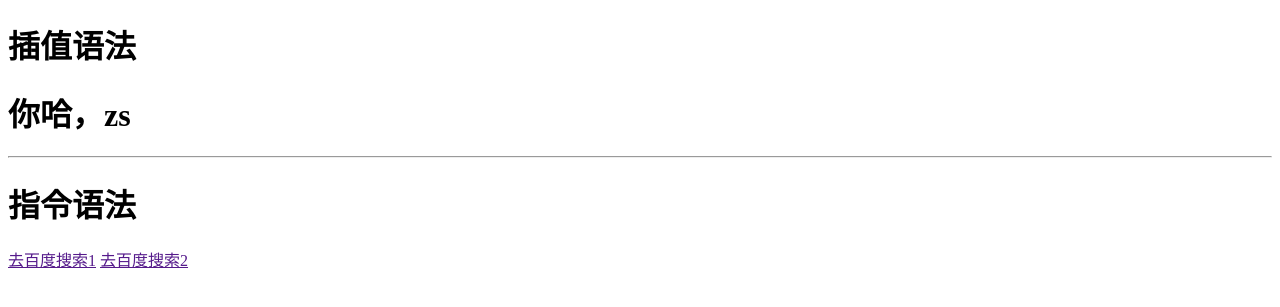
Repository: ldqml/project
Page: vue/vuehtml/mubanyufa,.html
These files come from the project's save history. The page is drawn as it stood at one moment and after the next save; the edit follows.
The browser window is 1280 px wide. The pictures show the whole page.

Above is the page before, as saved 2022-07-29 11:03:46.

After the next save:
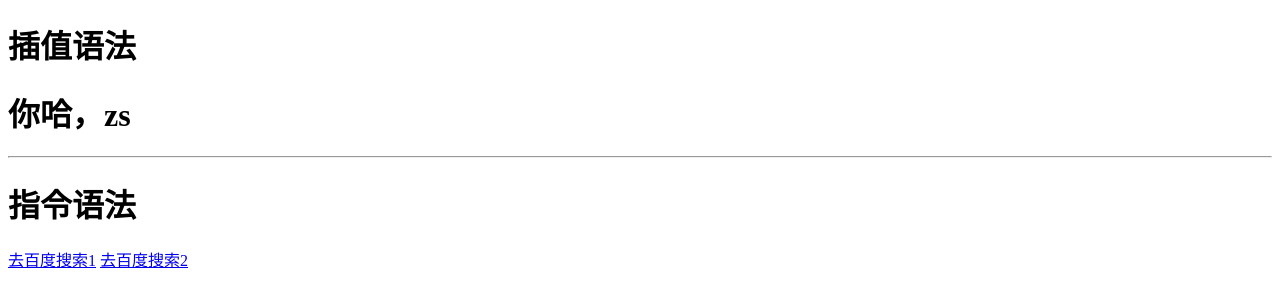
Saved 2 min 18 s later.
--- a/vue/vuehtml/mubanyufa,.html
+++ b/vue/vuehtml/mubanyufa,.html
@@ -13,8 +13,8 @@
         <h1>你哈，{{name}}</h1>
         <hr>
         <h1>指令语法</h1>
-        <a href="">去{{school.name}}搜索1</a>
-        <a href="">去{{school.name}}搜索2</a>
+        <a v-bind:href="school.url.toUpperCase()">去{{school.name}}搜索1</a>
+        <a :href="school.url" x="hhh">去{{school.name}}搜索2</a>
     </div>
     <script>
         Vue.config.productionTip=false
